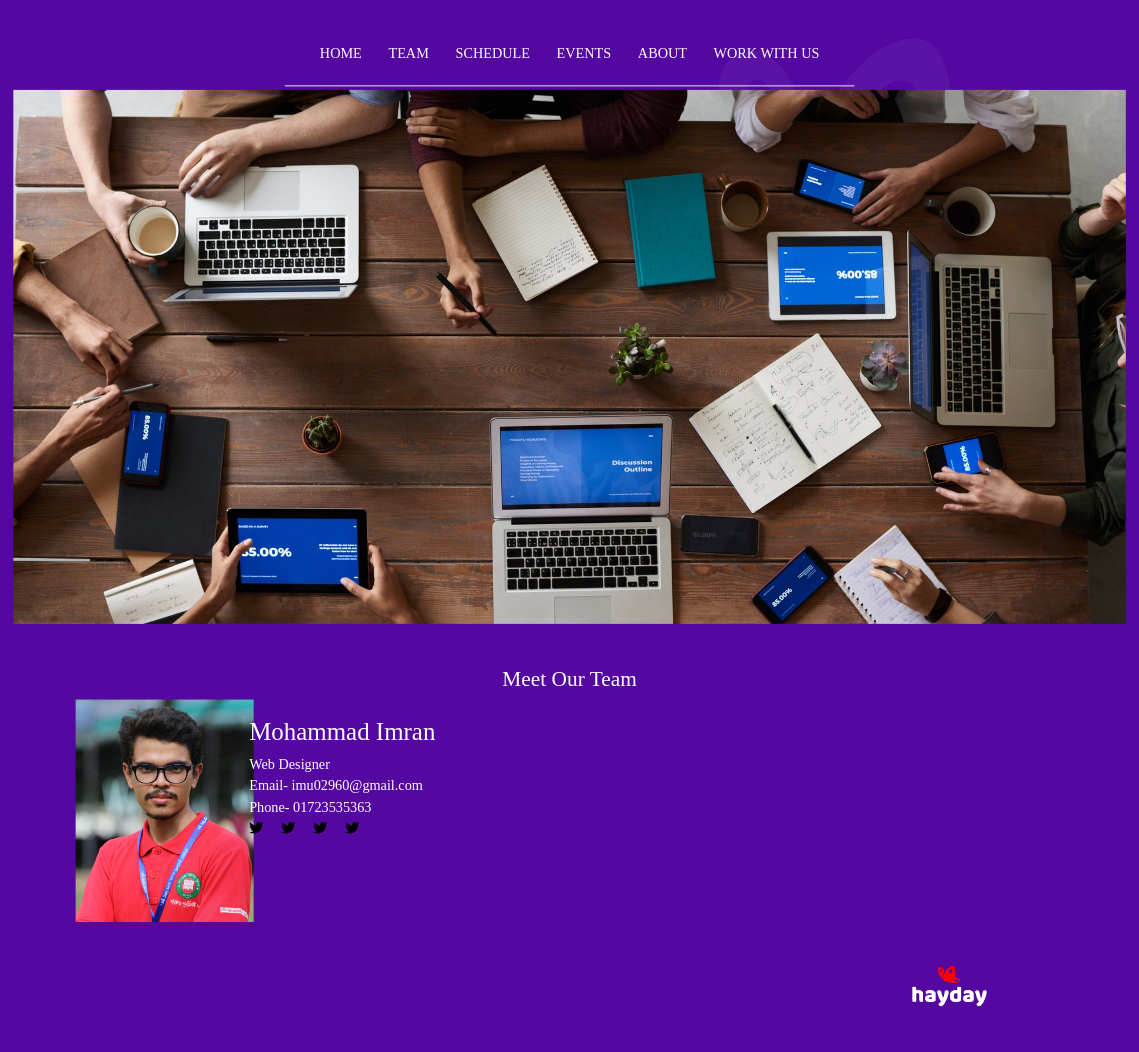
Repository: im1971/company-web
Page: team.html
An editor plug-in stored every save of this project. The page is shown before and after the next save, followed by the edit.
The browser window is 1280 px wide. The pictures show the whole page, at 89% of full size.
Some web fonts or font styles are not loaded; a fallback is used.

Above is the page before, as saved 2020-01-27 17:33:40.

After the next save:
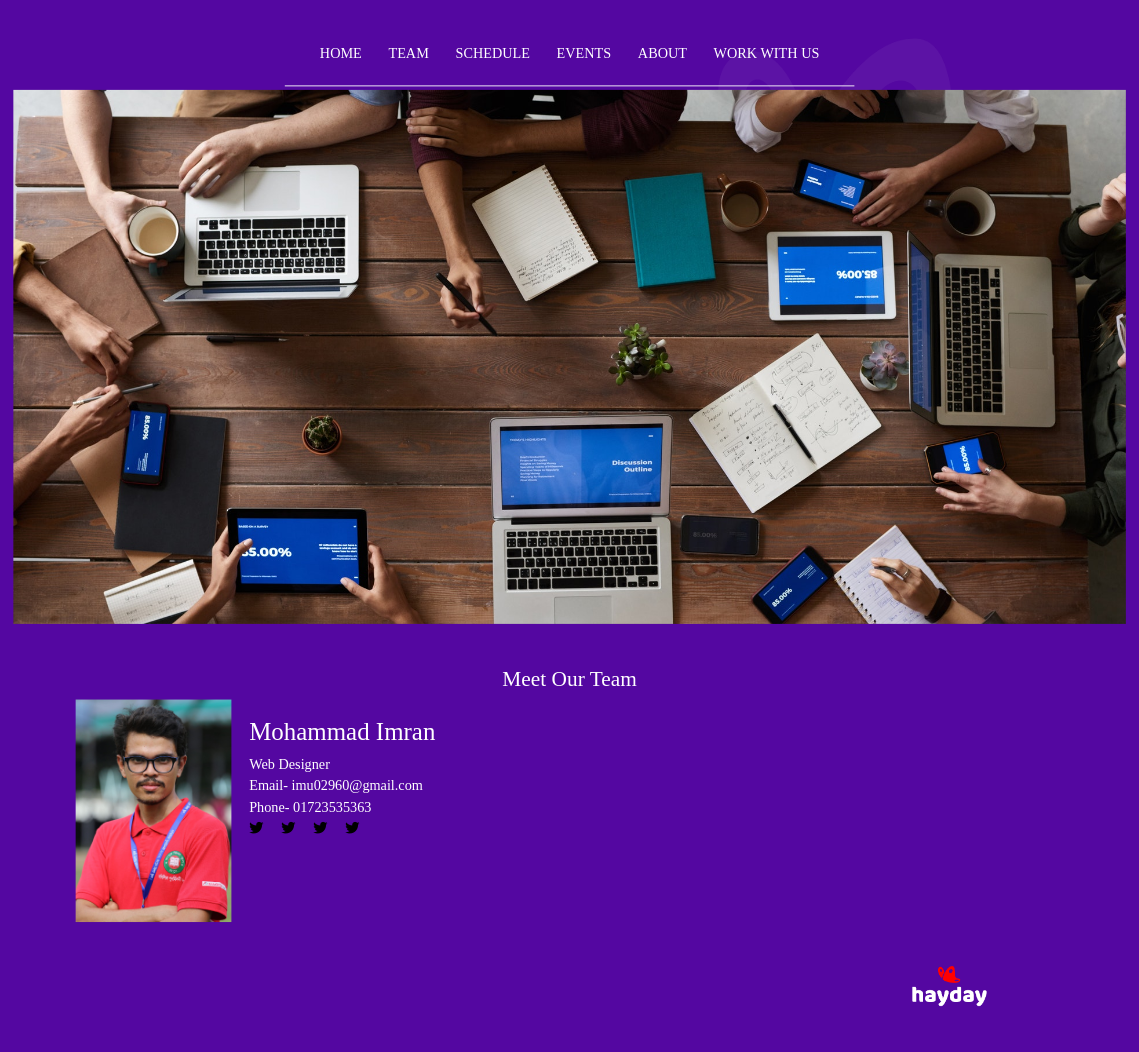
Saved 2 s later.
--- a/css/style.css
+++ b/css/style.css
@@ -247,7 +247,7 @@ table.table td {
     background-image: url(../img/team/management/imran.jpg);
     height: 250px;
     background-size: cover;
-    width: 200px;
+    /* width: 200px; */
 }
 
 .team_deco .card-body {
